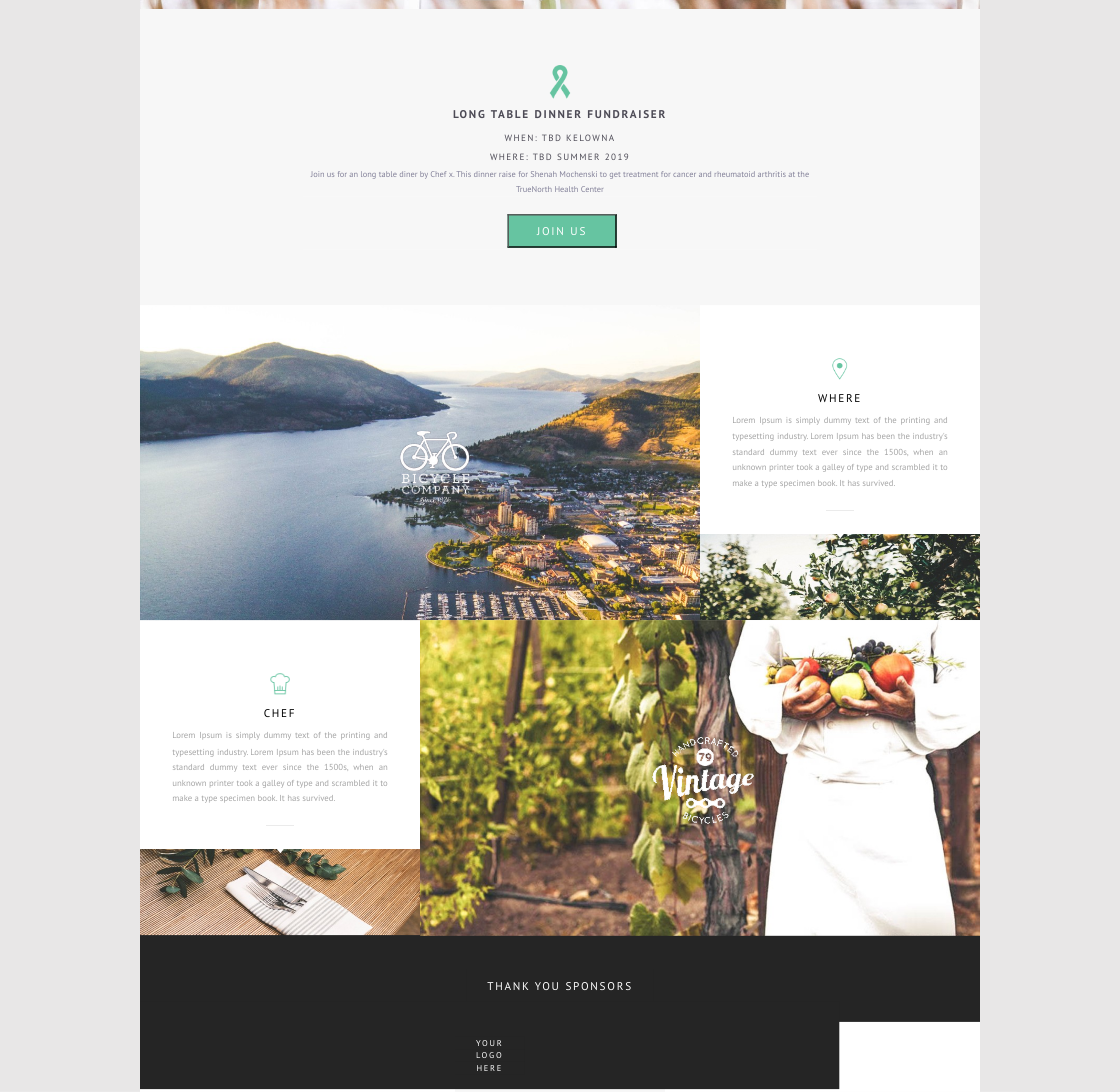
Repository: vancodes/longtable
Page: index.html
An editor plug-in stored every save of this project. The page is shown before and after the next save, followed by the edit.
The browser window is 1280 px wide. The page is 1600 px wide, so the pictures cover 1600 px, including what lies to the right of the window. The pictures show the part of the page from y = 737 to 2297 px (the page is 2297 px tall), at 70% of full size.

Above is the page before, as saved 2019-04-08 16:19:12.

After the next save:
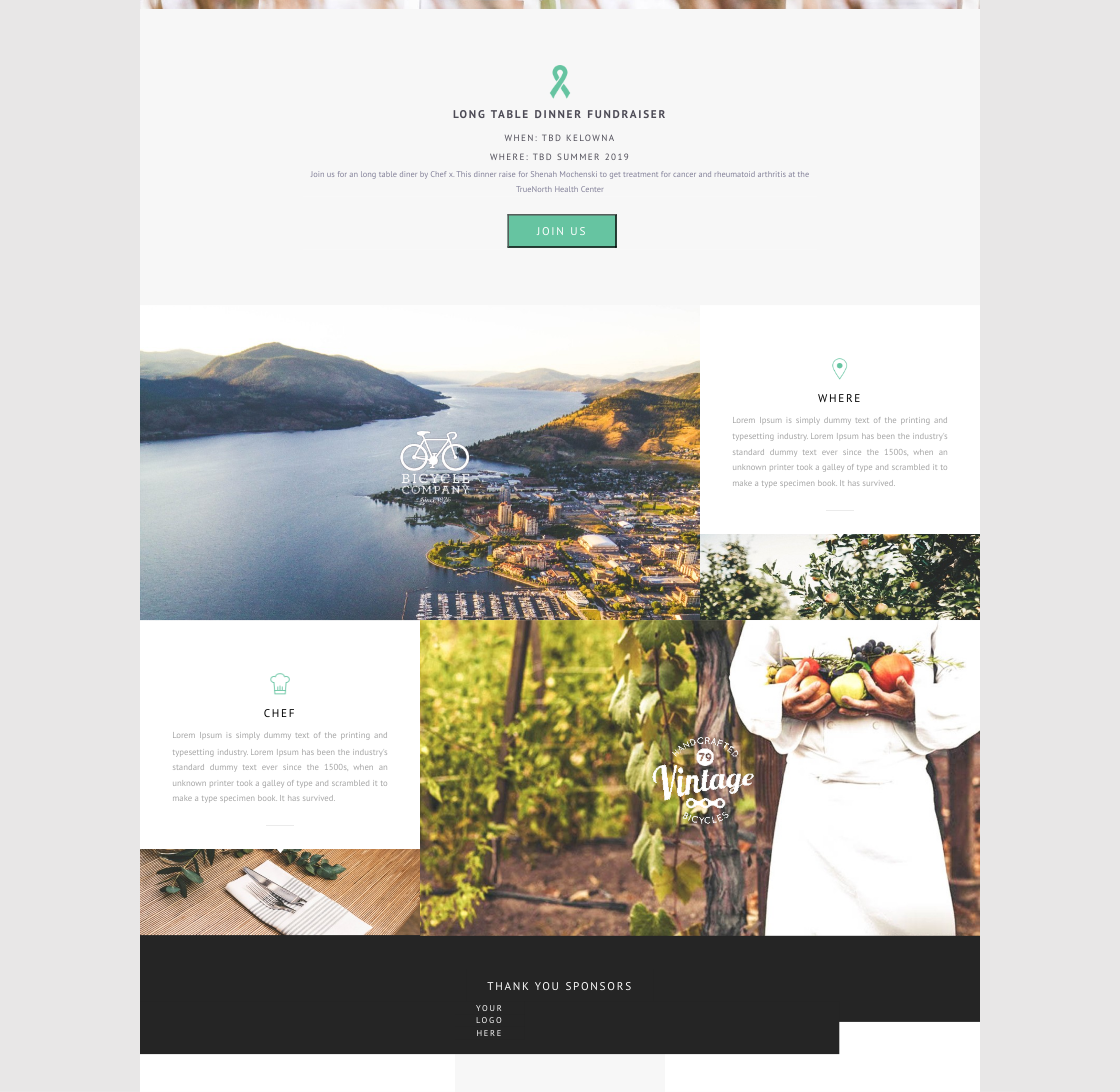
Saved 66 s later.
--- a/index.css
+++ b/index.css
@@ -573,7 +573,6 @@ img {
   position: absolute;
   background-color: #252525;
   height: 75px;
-  padding-top: 50px;
 }
 
 .sponsor-logo p {
